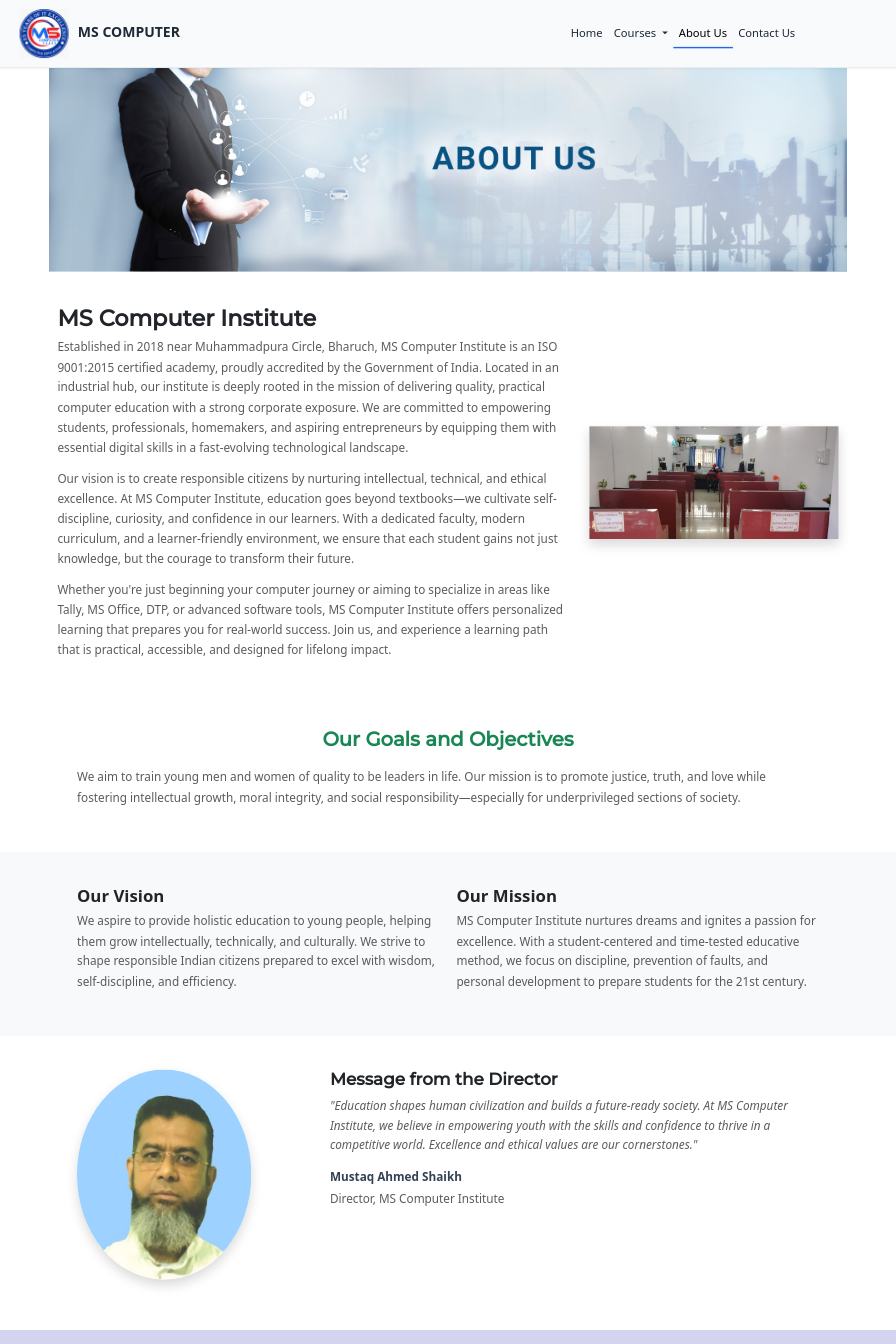
Repository: mscomputer2025/mscomputer
Page: http://localhost/aboutus
An editor plug-in stored every save of this project. The page is shown before and after the next save, followed by the edit.
The browser window is 1280 px wide. The pictures show the part of the page from y = 0 to 1920 px (the page is 2618 px tall before and 2647 px after), at 70% of full size.
Some web fonts or font styles are not loaded; a fallback is used. The page is served by the project's Laravel application, run on PHP 8.4 with Laravel 12. Queries for data that is not in the repository find no rows.

Above is the page before, as saved 2025-07-04 18:16:59.

After the next save:
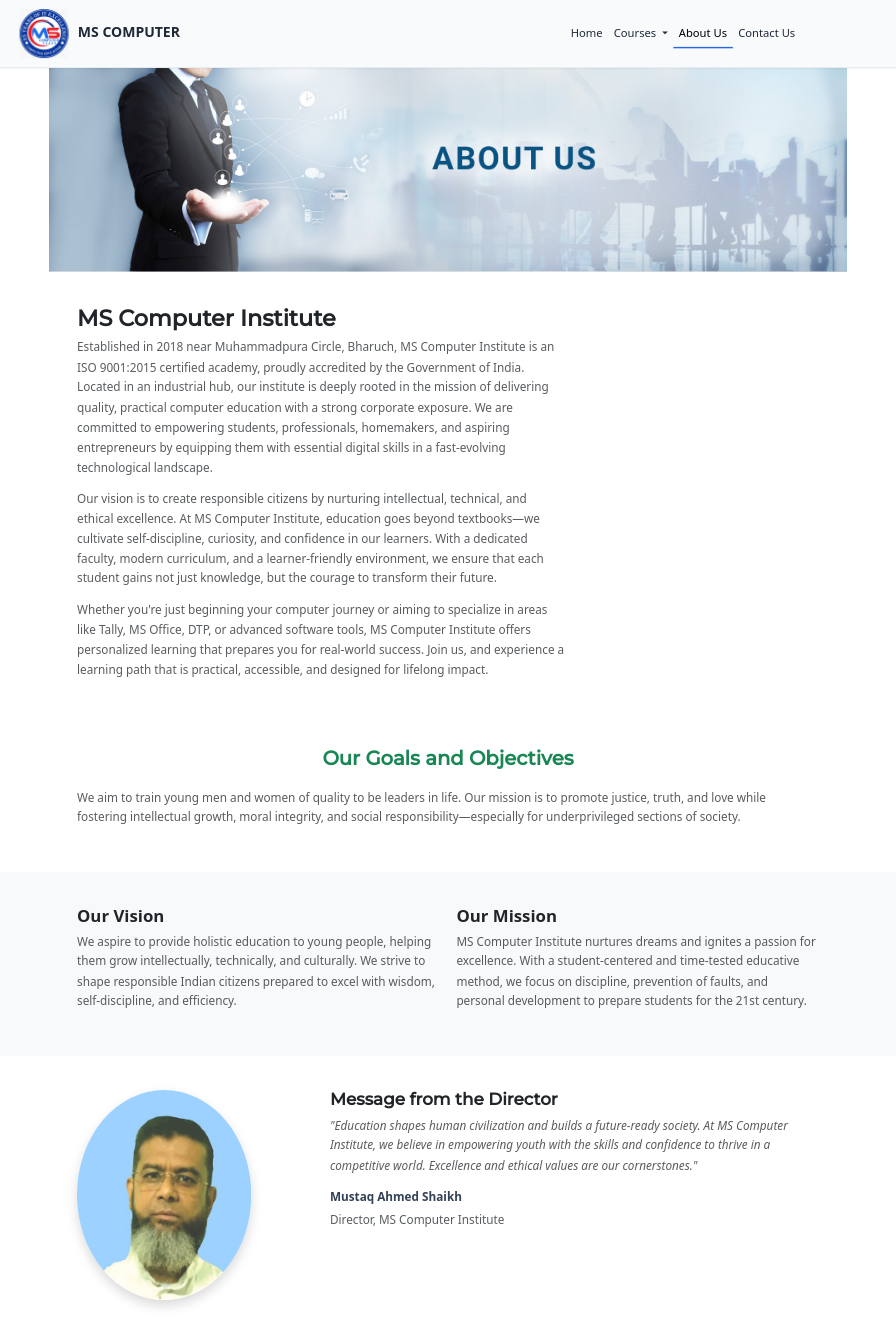
Saved 16 s later.
--- a/resources/views/aboutus.blade.php
+++ b/resources/views/aboutus.blade.php
@@ -13,7 +13,7 @@
     <!-- About Section -->
     <section class="py-5">
         <div class="container">
-            <div class="row align-items-center ">
+            <div class="row align-items-center mx-3">
 
                 <div class="col-lg-8">
                     <h2 class="fw-bold text-dark">MS Computer Institute </h2>
@@ -38,9 +38,6 @@
                         prepares you for real-world success. Join us, and experience a learning path that is practical,
                         accessible, and designed for lifelong impact.
                     </p>
-                </div>
-                  <div class="col-lg-4 mb-4 mb-lg-0">
-                    <img src="{{ asset('images/mscomputer.jpeg') }}" class="img-fluid  shadow" alt="Institute">
                 </div>
             </div>
         </div>
